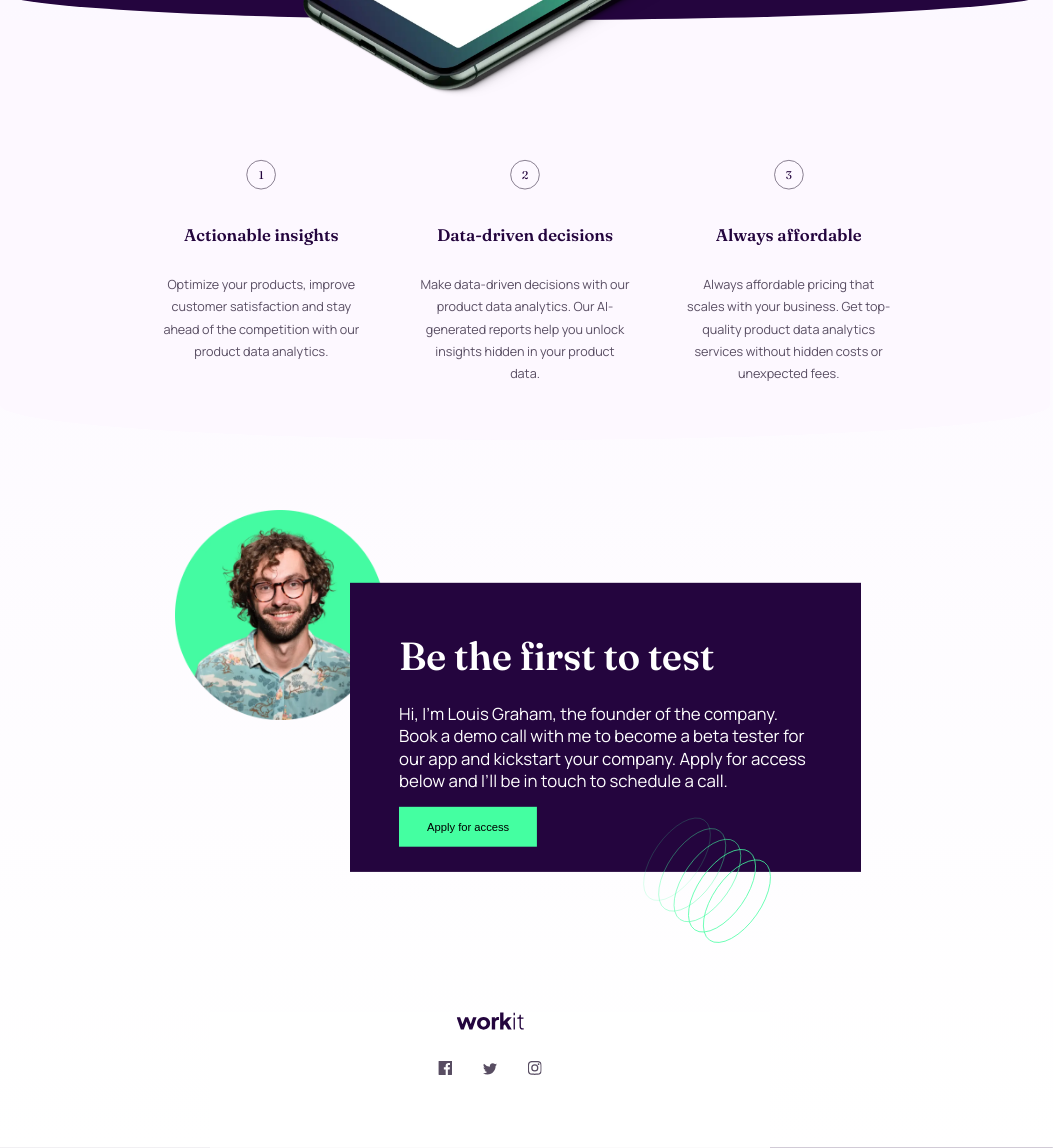
Repository: Arkitecth/landing_page
Page: starter-code/index.html
These files come from the project's save history. The page is drawn as it stood at one moment and after the next save; the edit follows.
The browser window is 1280 px wide. The page is 1504 px wide, so the pictures cover 1504 px, including what lies to the right of the window. The pictures show the part of the page from y = 701 to 2341 px (the page is 2341 px tall), at 70% of full size.

Above is the page before, as saved 2023-05-19 19:23:07.

### starter-code/index.html
<!DOCTYPE html>
<html lang="en">
<head>
  <meta charset="UTF-8">
  <meta name="viewport" content="width=device-width, initial-scale=1.0">

  <link rel="icon" type="image/png" sizes="32x32" href="./assets/images/favicon-32x32.png">
  <link rel="stylesheet" href="styles.css">
  <title>Frontend Mentor | Workit landing page</title>
</head>
<body>
  <div class="overlay">
    <object class="bg-pattern-1" data="assets/images/bg-pattern-1.svg"></object>
    <object class="bg-pattern-2" data="assets/images/bg-pattern-2.svg"></object>
      <div class="container">
          <!-- Hero Section -->
        <header class="hero">
            <nav class="navbar">
                <object class="logo-light" data="assets/images/logo-light.svg"></object>
                <a class="secondary-default" href="#">Apply for access </a>
            </nav>
          <!-- Heading Section -->
          <section class="heading">
              <h1>Data <span class="underline">tailored</span> to <br> your needs.</h1>
              <a class="primary-default" href="#">Learn more</a>
              <object class="image-hero" data="assets/images/image-hero.webp" width="300" height="300"></object>
          </section>
        </header>
    </div>
    </div>


    <!-- Feature Section -->
    <main class="purple-overlay">
      <div class="grid-container container ">
        <div class="content">
          <p class="feature-num">1</p>

          <h2 class="feature-heading">Actionable insights </h2>

          <p class="feature-paragraph"> Optimize your products, improve customer satisfaction and stay ahead of the competition
          with our product data analytics. </p>

        </div>

        <div class="content">
          <p class="feature-num">2</p>

          <h2 class="feature-heading">Data-driven decisions</h2>

          <p class="feature-paragraph">Make data-driven decisions with our product data analytics. Our AI-generated reports help
            you unlock insights hidden in your product data.</p>
        </div>


        <div class="content">
          <p class="feature-num">3</p>

          <h2 class="feature-heading">Always affordable</h2>

          <p class="feature-paragraph">Always affordable pricing that scales with your business. Get top-quality product data
            analytics services without hidden costs or unexpected fees.</p>

        </div>
      </div>
    </main>



<!-- About Section -->

<div class="container spacing">
  <object class="image-founder" data="assets/images/image-founder.webp" width="300" height="300"></object>
    <div class="about">
      <div class="about-container">
        <h3> Be the first to test </h3>
        <p> Hi, I'm Louis Graham, the founder of the company. Book a demo call with me to become a
        beta tester for our app and kickstart your company. Apply for access below and I’ll be
        in touch to schedule a call. </p>

        <a class="primary-default" href="#"> Apply for access </a>

      </div>
      <object class="bg-pattern-3" data="assets/images/bg-pattern-3.svg"></object>

  </div>

</div>


<!-- Footeer -->
<footer>
  <object class="logo-dark" data="assets/images/logo-dark.svg"></object>
  <div class="icons">
    <object class="icon" data="assets/images/icon-facebook.svg"></object>
    <object class="icon" data="assets/images/icon-twitter.svg" ></object>
    <object class="icon" data="assets/images/icon-instagram.svg" ></object>
  </div>

</footer>


</body>
</html>

### starter-code/styles.css
@font-face {
    font-family: "Fraunces";
    src: url("/Users/trenttuedon/Desktop/workit-landing-page/starter-code/assets/fonts/fraunces/Fraunces-VariableFont_SOFT,WONK,opsz,wght.ttf");

}

@font-face {
    font-family: "Manrope";
    src: url("starter-code/assets/fonts/manrope/Manrope-VariableFont_wght.ttf");

}

* {
    margin: 0;
    padding: 0;
}

html,body {
    background: linear-gradient(180deg, rgba(36,5,62,1) 0%, rgba(252,248,255,1) 30%, rgba(255,255,255,1) 100%);
    width: 1100px;
}


/* Showcase */
.container {
    max-width: 1100px;
    margin:  auto;
}

.overlay {
    width: 1500px;
    max-width: 1500px;
    height: 730px;
    background-color: #24053e;
    border-radius: 100% /0 0 80px 80px;
}
.navbar {
    color: #fff;
    display: flex;
    justify-content: space-between;
    position: relative;
    top: 50px;
}

.navbar a {
    text-decoration: none;
    color: #fff;
}

.secondary-default {
    font-family: sans-serif;
    border-bottom: 3px solid #44ffa1;
}

.secondary-default:hover {
    color: #44ffa1;
}

.bg-pattern-1 {
   position: absolute;
   left: -140px;
   top: 140px;
}

.bg-pattern-2 {
    position: absolute;
    left: 1330px;
    top: 250px;
 }

.heading {
    justify-content: center;
    width: 635px;
    height: 258px;
    margin: 0 auto;
    margin-top: 146px;
    text-align: center;
}

.heading h1 {
    font-family: Fraunces;
    color: #fff;
    font-weight: 600;
    line-height: 80px;
    margin-bottom: 40px;
    font-size: 80px;
}

.underline {
    text-decoration: underline;
    text-decoration-thickness: 2px;
    text-decoration-color: #44ffa1;
    text-underline-offset: 6px;
}

.primary-default {
    font-family: sans-serif;
    line-height: 40px;
    background-color: #44ffa1;
    border: 0;
    color: black;
    text-decoration: none;
    padding: 20px 40px;
}

.primary-default:hover {
    background-color: #24053e;
    color: #44ffa1;
    border: 1px solid #44ffa1;
}

.image-hero {
    display: block;
    margin-top: 30px;
    width: 700px;
    height: 400px;
}

/* Features */
.grid-container {
    display: grid;
    padding-top: 200px;
    grid-template-rows: 1fr 1fr;
    grid-template-columns: 1fr 1fr 1fr;
    font-family: "Fraunces";
    gap: 30px;
    text-align: center;
}


.feature-num {
    border: 1px solid #584d62;
    border-radius: 50%;
    width: 20px;
    height: 20px;
    padding: 10px;
    margin: auto;
    text-align: center;
    margin-bottom: 50px;
    color: #24053e;
}


.purple-overlay {
    background: #fdf8ff;
    border-radius: 0 0 50% 50% / 50px;
    width: 1500px;
    height: 600px;

}

.feature-heading {
    margin-bottom: 40px;
    font-weight: 600;
    color: #24053e;
}

.feature-paragraph {
    font-family: "Manrope";
    font-size: 18px;
    line-height: 32px;
    width: 300px;
    text-align: center;
    font-weight: 400;
    color: #584d62;
    margin: auto;

}


/* About Section */

.image-founder {
    margin-left: 250px;
}

.about{
    position: relative;
    color: #fff;
    background-color: #24053e;
    width: 730px;
    height: 413px;
    bottom: 200px;
    left: 400px;
    margin-left: 100px;
}

.about-container {
    text-align: left;
    padding: 70px;
}

.about-container h3 {
    font-family: "Fraunces";
    font-size: 56px;
    font-weight: 600;
    margin-bottom: 32px;
}

.about-container p {
    font-family: "Manrope";
    font-weight: 400;
    font-size: 1.5rem;
    line-height: 32px;
    margin-bottom: 30px;
}

.about-container a {
    margin-top: 100px;
}

.bg-pattern-3 {
    position: relative;
    bottom: 120px;
    left: 400px;
}

/* Footer */

.spacing {
    margin-top: 100px;
}

footer {
    background-color: #fff;
    margin-left: 300px;
    text-align: center;
    padding-bottom: 100px;
}

.icons {
    margin-top: 40px;

}

.icon {
    padding: 0 20px 0 20px;
}


/* Media Queries */

@media (min-width: 768px) and (max-width: 1024px) {

    .body {
        background-color: black;
    }
    .bg-pattern-1 {
        left: -200px;
    }

    .bg-pattern-2 {
        left: 1330px;
        overflow: hidden;
    }
    .grid-container {
        display: grid;
        position: relative;
        grid-template-columns: none;
        grid-template-rows: repeat(3, 1fr);
        margin-top: 200px;
        padding: 20px;
        gap: 100px;
        text-align: left;
    }
    .feature-heading {
       text-align: left;
       margin-left: 300px;
       margin-bottom: 20px;
    }
    .feature-num {
        position: absolute;
        left: 250px;
        margin-top: 50px;

    }

    .feature-paragraph {
        text-align: left;
        width: 493px;
        height: 56px;
    }


}

@media (min-width: 320px) and (max-width: 480px) {

    .bg-pattern-1, .bg-pattern-2, .bg-pattern-3 {
        display: none;
        min-width: 500px
    }

    .purple-overlay {
        height: 1300px;
    }

    .grid-container {
        display: grid;
        grid-template-columns: none;
        grid-template-rows: repeat(3, 1fr);
        font-size: 1.75rem;
    }

    .feature-num {
        padding: 20px;
        padding-top: 10px;
        text-align: center;
    }

    .about {
        margin-top: 120px;
        margin-left: 10px;
    }

    .about-container {
        text-align: center;
    }

    .image-founder {
        margin-left: 600px;
    }

    footer {
        margin-left: 400px
    }
}

### starter-code/assets/images/bg-pattern-1.svg
<svg xmlns="http://www.w3.org/2000/svg" width="341" height="317" viewBox="0 0 341 317"><g fill="none" fill-rule="evenodd" stroke="#44FFA1" transform="rotate(-152 159.204 128.626)"><ellipse cx="54" cy="107.125" rx="53.5" ry="106.5"/><ellipse cx="94.706" cy="107" rx="53.5" ry="106.5"/><ellipse cx="134.529" cy="107.344" opacity=".75" rx="52.5" ry="106.5"/><ellipse cx="175.705" cy="108.102" opacity=".5" rx="53.5" ry="106.5"/><ellipse cx="217.294" cy="107.508" opacity=".25" rx="52.5" ry="106.5"/></g></svg>

After the next save:
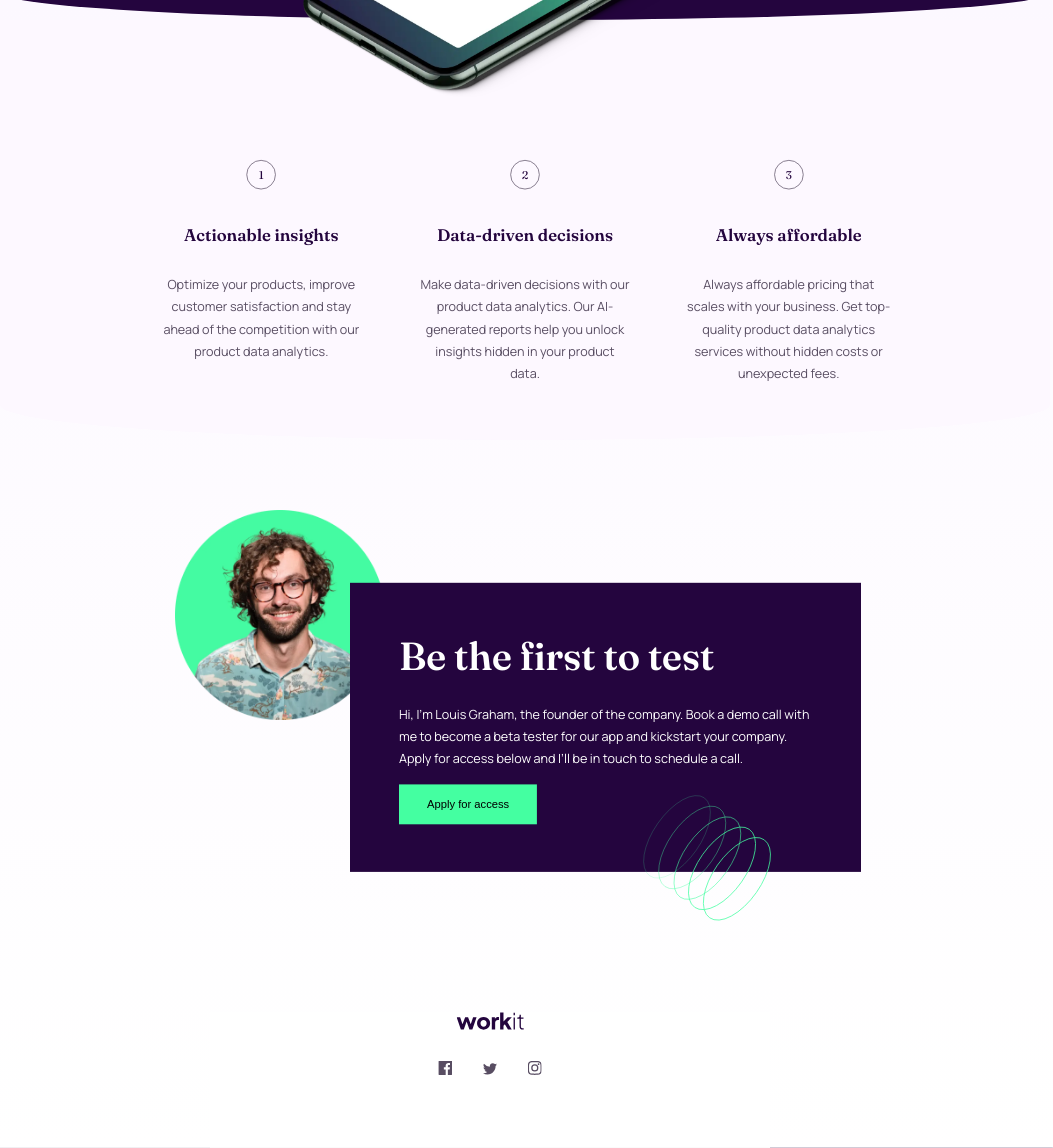
Saved 6 s later.
--- a/starter-code/styles.css
+++ b/starter-code/styles.css
@@ -200,7 +200,7 @@
 .about-container p {
     font-family: "Manrope";
     font-weight: 400;
-    font-size: 1.5rem;
+    font-size: 18px;
     line-height: 32px;
     margin-bottom: 30px;
 }
